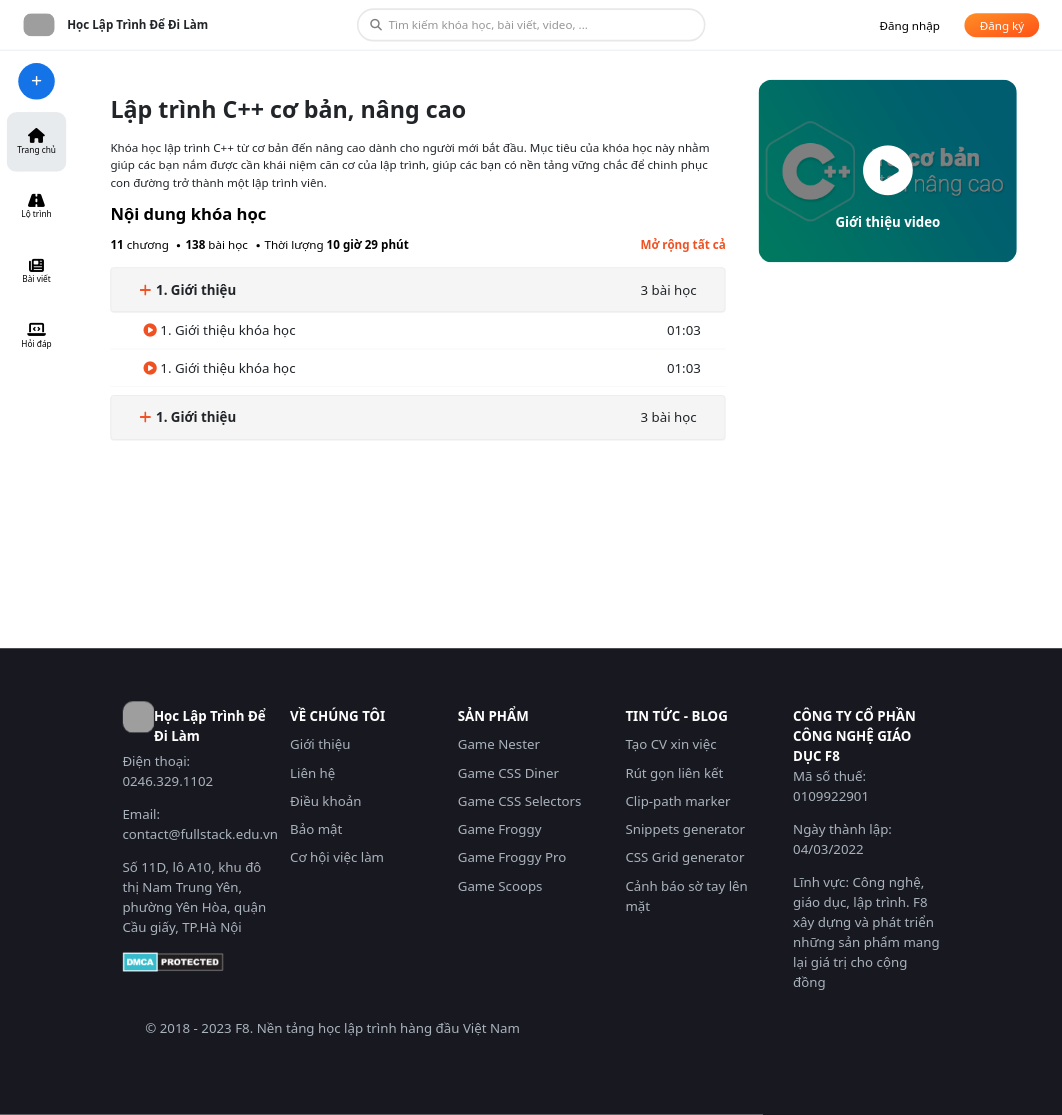
Repository: Quoc-Thang/projectasm
Page: introcourse.html
The author's editor kept a copy of each file at every save. The page is drawn from the files as they stood at one save, then again after the next save.
The browser window is 1280 px wide. The pictures show the whole page, at 83% of full size.
Pictures or frames that could not be fetched are drawn as grey boxes. Some web libraries are served in a nearby version.

Above is the page before, as saved 2023-11-30 22:55:17.

After the next save:
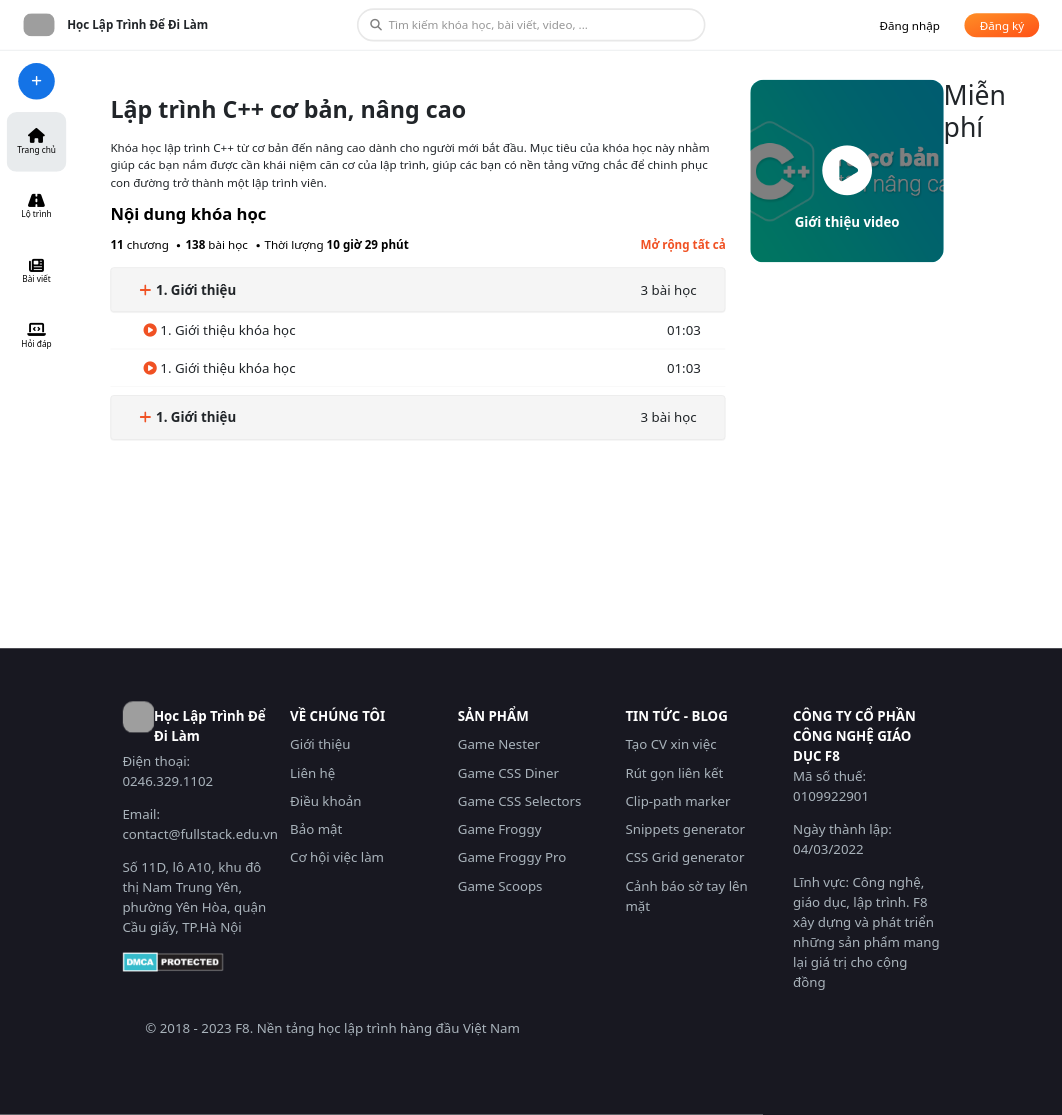
Saved 74 s later.
--- a/introcourse.html
+++ b/introcourse.html
@@ -322,7 +322,15 @@
                     </span>
                   </div>
                 </div>
-                <div class="second-intro-video-course"></div>
+                <div class="second-intro-video-course">
+                  <div class="pee-course">
+                    <h2>
+                      Miễn phí
+                    </h2>
+                  </div>
+                  <div class="learn-now"></div>
+                  <div class="list-intro-course"></div>
+                </div>
               </div>
             </div>
           </div>
